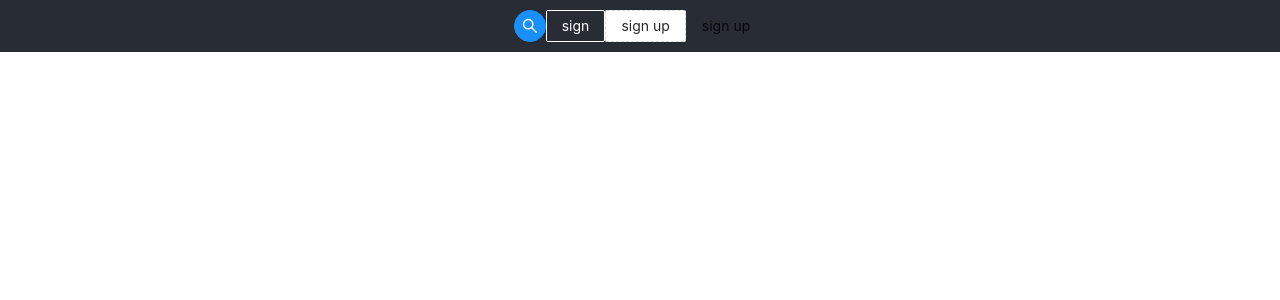
Repository: ErosHai/antd-demo
Page: /
An editor plug-in stored every save of this project. The page is shown before and after a run of saves, followed by the edit.
The browser window is 1280 px wide. The pictures show the whole page.
The project was rebuilt for these pictures with package versions that can differ from the ones it lists, and the page was loaded fresh each time.

Above is the page before, as saved 2022-04-12 13:59:05.

After the next 2 saves:
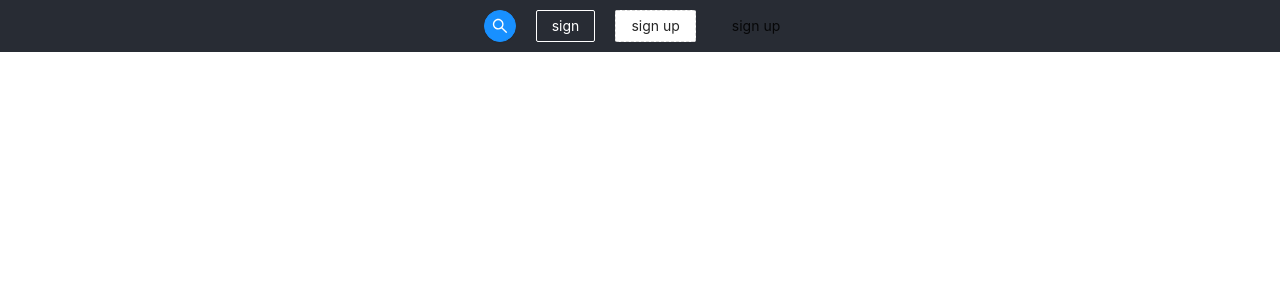
The 2 saves are shown as one change because they came seconds apart.
The last was saved 23 s later.
--- a/src/App.css
+++ b/src/App.css
@@ -4,6 +4,9 @@
   text-align: center;
   background-color: #282c34;
   padding:10px 0px;
+  button {
+    margin: 0 10px;
+  }
 }
 
 .App-logo {
